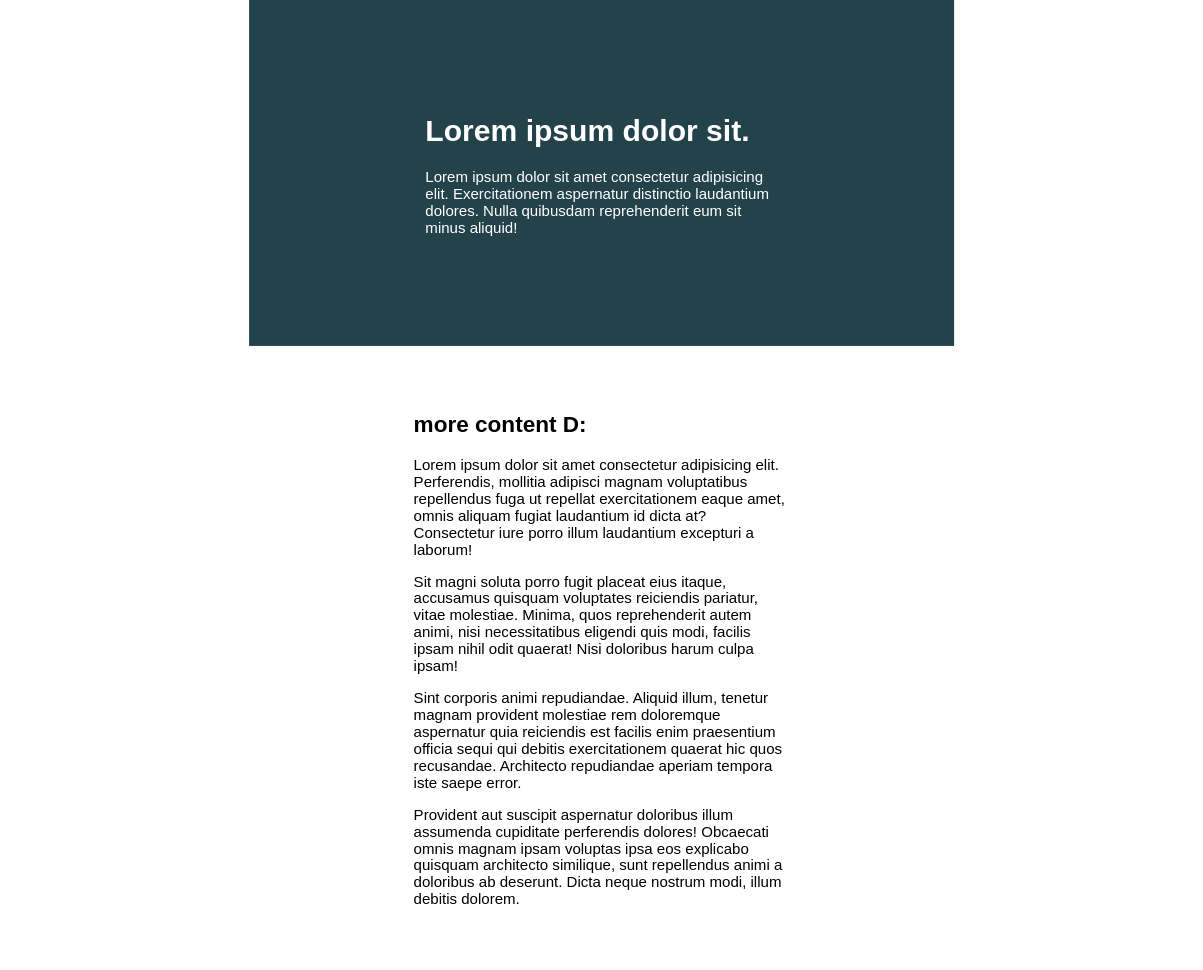
Repository: ufanodev/responsive-3
Page: index.html
An editor plug-in stored every save of this project. The page is shown before and after the next save, followed by the edit.
The browser window is 1280 px wide. The pictures show the whole page, at 94% of full size.

Above is the page before, as saved 2022-12-10 19:43:17.

After the next save:
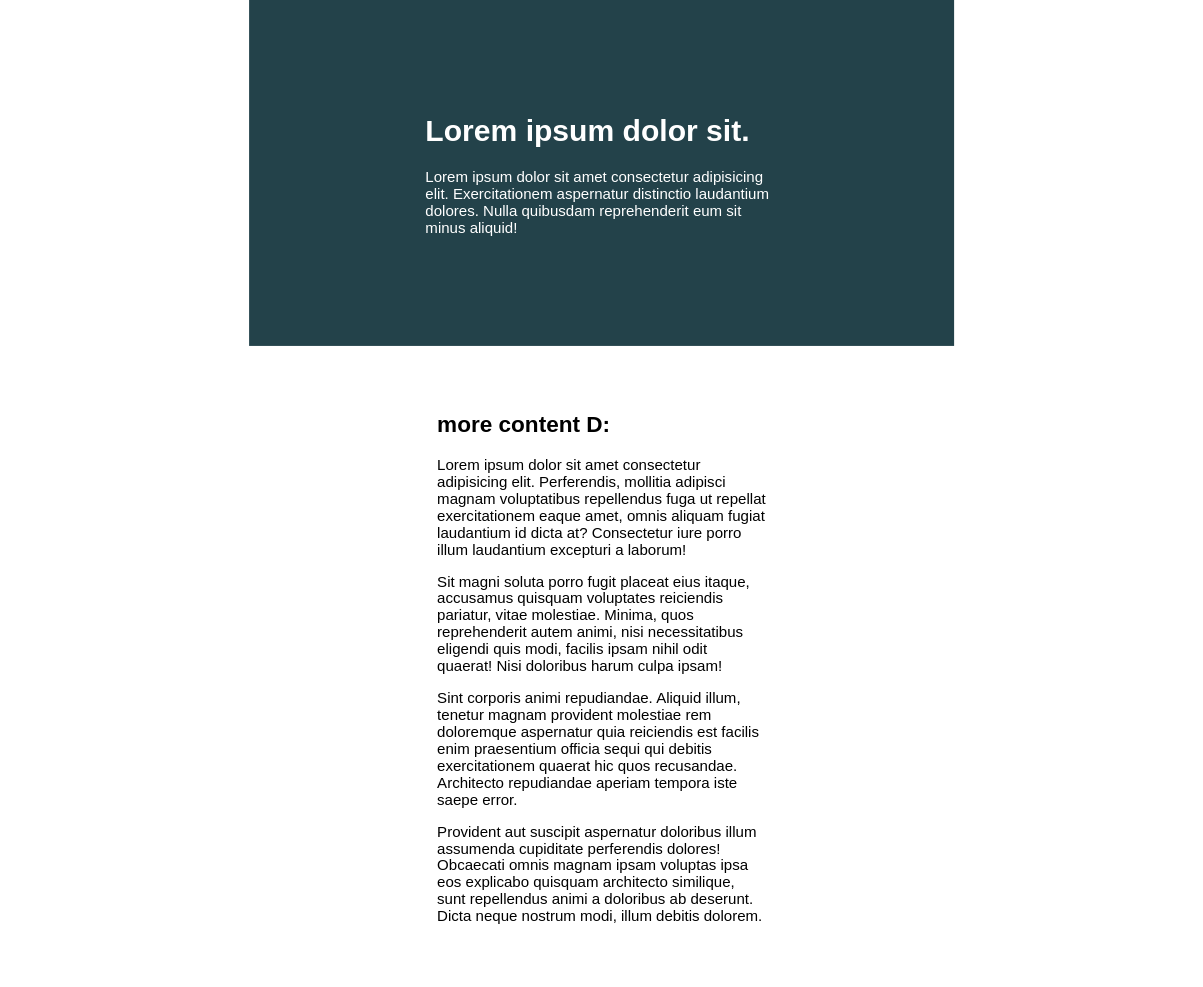
Saved 10 s later.
--- a/style.css
+++ b/style.css
@@ -41,7 +41,7 @@ body {
 
 .intro-content2 {
   width: 50%;
-  max-width: 400px;
+  max-width: 350px;
   margin: 0 auto;
   padding: 50px 0;
 }
